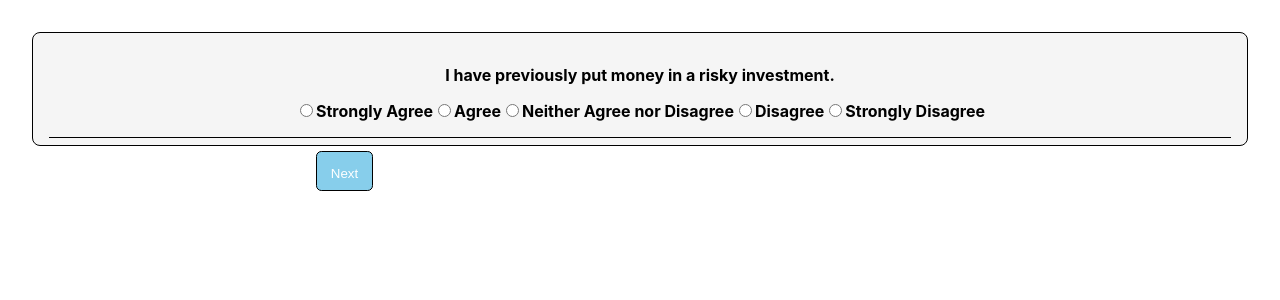
Repository: TheRungtaLibrary/survey
Page: /steps/1
An editor plug-in stored every save of this project. The page is shown before and after the next save, followed by the edit.
The browser window is 1280 px wide. The pictures show the whole page.
The project was rebuilt for these pictures with package versions that can differ from the ones it lists, and the page was loaded fresh each time. Also part of the build but not shown: src/components/Steps/Intro/Intro.js, src/components/Steps/Step2/Step2.js, src/components/Steps/Step3/Step3.js, src/components/Steps/Step4/Step4.js, src/components/Steps/Summary/Summary.scss, src/components/Steps/Summary/Summary.js.

Above is the page before, as saved 2020-06-15 17:21:47.

### src/App.js
import React from 'react';
import {
  BrowserRouter as Router,
  Switch,
  Route
} from "react-router-dom";
import "./App.scss";
import {SurveyProvider} from "./contexts/SurveyContext";
import Steps from "./components/Steps/Steps";


function App() {
  return (
    <div className="app">
      <Router>
        <Switch>
          <Route path="/">
            <SurveyProvider>
              <Steps />
            </SurveyProvider>
          </Route>
        </Switch>
      </Router>
    </div>
  );

}

export default App;

### src/App.scss
.App {
  text-align: center;
}
.panel {
  background-color: hsl(0, 0%, 95%);
  border-radius: .5rem;
  border: solid 1px black;
  padding: 2rem;
  margin: 2rem;
  background: #f5f5f5;
  font-weight: bold;
  align-items: center;
}

.input-container{
  flex-grow:1;
  padding: 1rem;
  text-align: center;
  flex-direction: column;
  height: auto;
}

.input-container input{
  padding: .5rem .75rem;
  border: solid 1px black;
  border-radius: .15rem;
  text-align: center;
}

.nav-footer {
width: 100%;
display: flex;
border-top: solid 1px black;
margin-top: 1em;
div {
  width: 50%;
}
}

button {
width: auto;
height: 3em;
padding: 1em;
margin-top: 1em;
color: white;
background: skyblue;
border: solid 1px #000;
border-radius: 0.4em;
box-shadow: none;
&:hover {
  color: skyblue;
  background: white;
}
}

ul {
text-align: center;
list-style: none;
color: blue;
& li {
  margin-top: 1em;
}
}

@media screen and (max-width: 580px) and (min-width: 375px) {
  .input-container {
   display: flex;
   flex-flow: column nowrap;
   justify-content: space-around;
   align-items: center;
}
}

.App-link {
  color: #61dafb;
}

@keyframes App-logo-spin {
  from {
    transform: rotate(0deg);
  }
  to {
    transform: rotate(360deg);
  }
}

### src/contexts/SurveyContext.js
import React from "react";
const SurveyContext = React.createContext(null);
export const SurveyConsumer = SurveyContext.Consumer;

/**
 * Survey Context
 * @constructor
 */
export function SurveyProvider({children}) {
    const [info, setInfo] = React.useState([]);
    let [currentStep, setCurrentStep] = React.useState(-1);

    const setSurveyData = ([key,value])  => {
        const objIndex = info.findIndex(obj => {
            return obj[key] !== undefined;
        })

        if(objIndex > -1) {
            const updatedObj = { ...info[objIndex], [key]: value};
            setInfo([ ...info.slice(0, objIndex),updatedObj,...info.slice(objIndex + 1)]);
        }
        else {
            setInfo([...info, {[key]: value}]);
        }

        setCurrentStep(++currentStep);
    }

    const getSurveyData = () => {
        return info;
    };

    const decreaseSurveyStep = ()  => {
        setCurrentStep(--currentStep);
    }

    const increaseSurveyStep = () => {
        setCurrentStep(++currentStep);
    };

    const getCurrentStep = () => {
        return currentStep;
    };

    const resetCurrentStep = () => {
        setCurrentStep(-1);
        setInfo([]);
    };

    const getRiskLevels = async () => {
        const url = new URL('http://localhost:2000/risklevels');
        const response = await fetch(url);
        const jsonData = await response.json();

        return jsonData;
      }

    const surveyContextValue = {
        getSurveyData,
        setSurveyData,
        increaseSurveyStep,
        decreaseSurveyStep,
        getCurrentStep,
        currentStep,
        resetCurrentStep,
        getRiskLevels
    }

    return (
        <SurveyContext.Provider value={surveyContextValue}>
			{children}
		</SurveyContext.Provider>
    );
}

export default SurveyContext;

### src/components/Steps/Steps.js
import React from 'react';
import {BrowserRouter as Router, Route, Switch} from 'react-router-dom';
import Intro from './Intro/Intro';
import Step1 from './Step1/Step1';
import Step2 from './Step2/Step2';
import Step3 from './Step3/Step3';
import Step4 from './Step4/Step4';
import Summary from './Summary/Summary';

/**
* This is the functional component for Home
* @constructor
*/
function Steps(){

	return (
		<Router>
			<div>
                <Switch>
                    <Route exact path='/' component={Intro} />
                    <Route exact path='/intro' component={Intro} />
                    <Route exact path='/steps/1' component={Step1} />
                    <Route exact path="/steps/2" component={Step2} />
                    <Route exact path="/steps/3" component={Step3} />
                    <Route exact path="/steps/4" component={Step4} />
                    <Route exact path="/steps/5" component={Summary} />
                </Switch>
			</div>
		</Router>
	);
}

export default Steps;

### src/components/Steps/Step1/Step1.js
import React from 'react';
import {useHistory} from 'react-router-dom';
import './Step1.scss'
import SurveyContext from '../../../contexts/SurveyContext';

/**
 * Step1 component
 */
const Step1 = () => {
  const [q1, setQ1] = React.useState("");
  const surveyContext = React.useContext(SurveyContext);
  const history = useHistory();

  /**
   * Handler for form submit event
   */
  const onSubmit = () => {
    surveyContext.setSurveyData(['Q1',q1])
    history.push('/steps/2');
  }

  /**
   * onChange Handler for input field
   * @param {Event} event
   */
  const handleOptionChange = (event) => {
    setQ1(event.target.value);
  }

    return (
      <form onSubmit={onSubmit} className="input-container panel">
        <p>
          <label>I have previously put money in a risky investment.</label></p>
        <div>
          <input
            type="radio"
            name="q1"
            value="2"
            onChange={handleOptionChange}
          />
          <label>Strongly Agree</label>

          <input
            type="radio"
            name="q1"
            value="1"
            onChange={handleOptionChange}
            />
          <label>Agree</label>

          <input
            type="radio"
            name="q1"
            value="0"
            onChange={handleOptionChange}
            />
          <label>Neither Agree nor Disagree</label>

          <input
            type="radio"
            name="q1"
            value="-1"
            onChange={handleOptionChange}
            />
          <label>Disagree</label>

          <input
            type="radio"
            name="q1"
            value="-2"
            onChange={handleOptionChange}
            />
          <label>Strongly Disagree</label>
        </div>
        <div className="nav-footer">
          <div>
            <button type="submit" disabled={q1===""}>Next</button>
          </div>
        </div>
      </form>
    );
}

export default Step1;

### src/components/Steps/Intro/Intro.scss
.panel {
    background-color: hsl(0, 0%, 95%);
    border-radius: .5rem;
    border: solid 1px black;
    padding: 2rem;
    margin: 2rem;
    background: #f5f5f5;
    font-weight: bold;
    align-items: center;
  }

.input-container{
    flex-grow:1;
    padding: 1rem;
    text-align: center;
    flex-direction: column;
    height: auto;
}

.input-container input{
    padding: .5rem .75rem;
    border: solid 1px black;
    border-radius: .15rem;
    text-align: center;
}

.nav-footer {
  width: 100%;
  display: flex;
  border-top: solid 1px black;
  margin-top: 1em;
  div {
    width: 50%;
  }
}

button {
  width: auto;
  height: 3em;
  padding: 1em;
  margin-top: 1em;
  color: white;
  background: skyblue;
  border: solid 1px #000;
  border-radius: 0.4em;
  box-shadow: none;
  &:hover {
    color: skyblue;
    background: white;
  }
}

ul {
  text-align: center;
  list-style: none;
  color: blue;
  & li {
    margin-top: 1em;
  }
}

@media screen and (max-width: 580px) and (min-width: 375px) {
    .input-container {
     display: flex;
     flex-flow: column nowrap;
     justify-content: space-around;
     align-items: center;
  }
}

### src/components/Steps/Step1/Step1.scss
.panel {
    background-color: hsl(0, 0%, 95%);
    border-radius: .5rem;
    height: 5rem;
    border: solid 1px black;
    padding: 2rem;
    margin: 2rem;
    background: #f5f5f5;
    font-weight: bold;
    align-items: center;
  }

.input-container{
  display: flex;
  flex-direction: column;
  text-align: center;
}

.input-container input{
    padding: .5rem .75rem;
    border: solid 1px black;
    border-radius: .15rem;
    text-align: center;
}

.nav-footer {
  width: 100%;
  display: flex;
  border-top: solid 1px black;
  div {
    width: 50%;
  }
}

@media screen and (max-width: 580px) and (min-width: 375px) {
    .calculator-widget {
     display: flex;
     flex-flow: column nowrap;
     justify-content: space-around;
     align-items: center;
  }

  .panel{
    height: 10rem;
  }
}

### src/components/Steps/Step2/Step2.scss
.calculator-widget{
    display: flex;
    flex-direction: row nowrap;
}

.panel {
    background-color: hsl(0, 0%, 95%);
    border-radius: .5rem;
    height: 5rem;
    border: solid 1px black;
    padding: 2rem;
    margin: 2rem;
    background: #f5f5f5;
    font-weight: bold;
    align-items: center;
  }

.input-container{
    flex-grow:1;
    padding: 1rem;
    text-align: center;
}

.input-container input{
    padding: .5rem .75rem;
    border: solid 1px black;
    border-radius: .15rem;
    text-align: center;
}

@media screen and (max-width: 580px) and (min-width: 375px) {
    .calculator-widget {
     display: flex;
     flex-flow: column nowrap;
     justify-content: space-around;
     align-items: center;
  }

  .panel{
    height: 10rem;
  }
}

### src/components/Steps/Step3/Step3.scss
.calculator-widget{
    display: flex;
    flex-direction: row nowrap;
}

.panel {
    background-color: hsl(0, 0%, 95%);
    border-radius: .5rem;
    height: 5rem;
    border: solid 1px black;
    padding: 2rem;
    margin: 2rem;
    background: #f5f5f5;
    font-weight: bold;
    align-items: center;
  }

.input-container{
    flex-grow:1;
    padding: 1rem;
    text-align: center;
}

.input-container input{
    padding: .5rem .75rem;
    border: solid 1px black;
    border-radius: .15rem;
    text-align: center;
}

@media screen and (max-width: 580px) and (min-width: 375px) {
    .calculator-widget {
     display: flex;
     flex-flow: column nowrap;
     justify-content: space-around;
     align-items: center;
  }

  .panel{
    height: 10rem;
  }
}

### src/components/Steps/Step4/Step4.scss
.calculator-widget{
    display: flex;
    flex-direction: row nowrap;
}

.panel {
    background-color: hsl(0, 0%, 95%);
    border-radius: .5rem;
    height: 5rem;
    border: solid 1px black;
    padding: 2rem;
    margin: 2rem;
    background: #f5f5f5;
    font-weight: bold;
    align-items: center;
  }

.input-container{
    flex-grow:1;
    padding: 1rem;
    text-align: center;
}

.input-container input{
    padding: .5rem .75rem;
    border: solid 1px black;
    border-radius: .15rem;
    text-align: center;
}

@media screen and (max-width: 580px) and (min-width: 375px) {
    .calculator-widget {
     display: flex;
     flex-flow: column nowrap;
     justify-content: space-around;
     align-items: center;
  }

  .panel{
    height: 10rem;
  }
}

Loaded but not shown: public/index.html (common file); src/index.js (common file); src/index.css (common file); src/serviceWorker.js (common file)

After the next save:
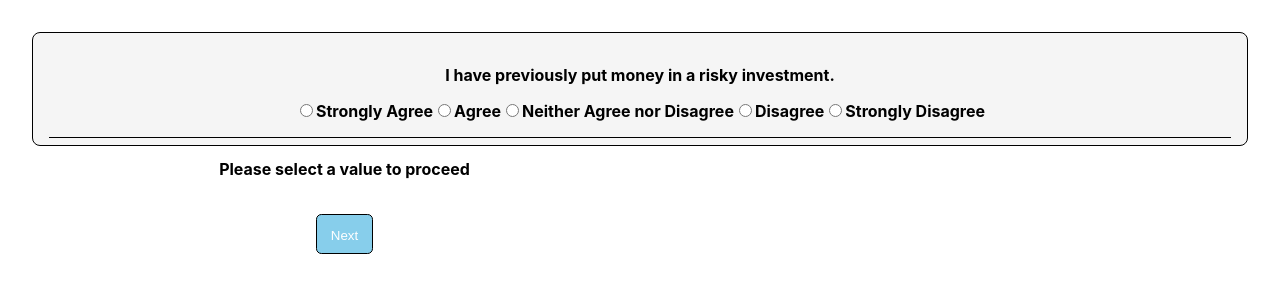
Saved 49 s later.
--- a/src/components/Steps/Step1/Step1.js
+++ b/src/components/Steps/Step1/Step1.js
@@ -74,6 +74,7 @@
         </div>
         <div className="nav-footer">
           <div>
+            {!q1 && <h4>Please select a value to proceed</h4>}
             <button type="submit" disabled={q1===""}>Next</button>
           </div>
         </div>

After the save that followed:
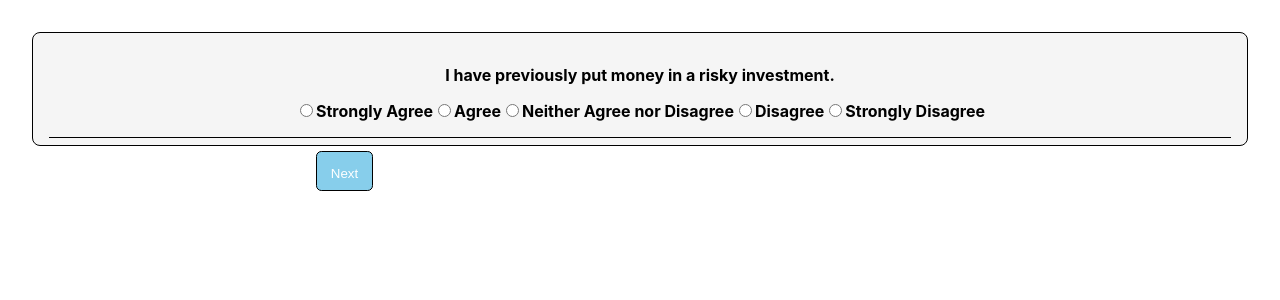
Saved 64 s later.
--- a/src/components/Steps/Step1/Step1.js
+++ b/src/components/Steps/Step1/Step1.js
@@ -74,7 +74,6 @@
         </div>
         <div className="nav-footer">
           <div>
-            {!q1 && <h4>Please select a value to proceed</h4>}
             <button type="submit" disabled={q1===""}>Next</button>
           </div>
         </div>
